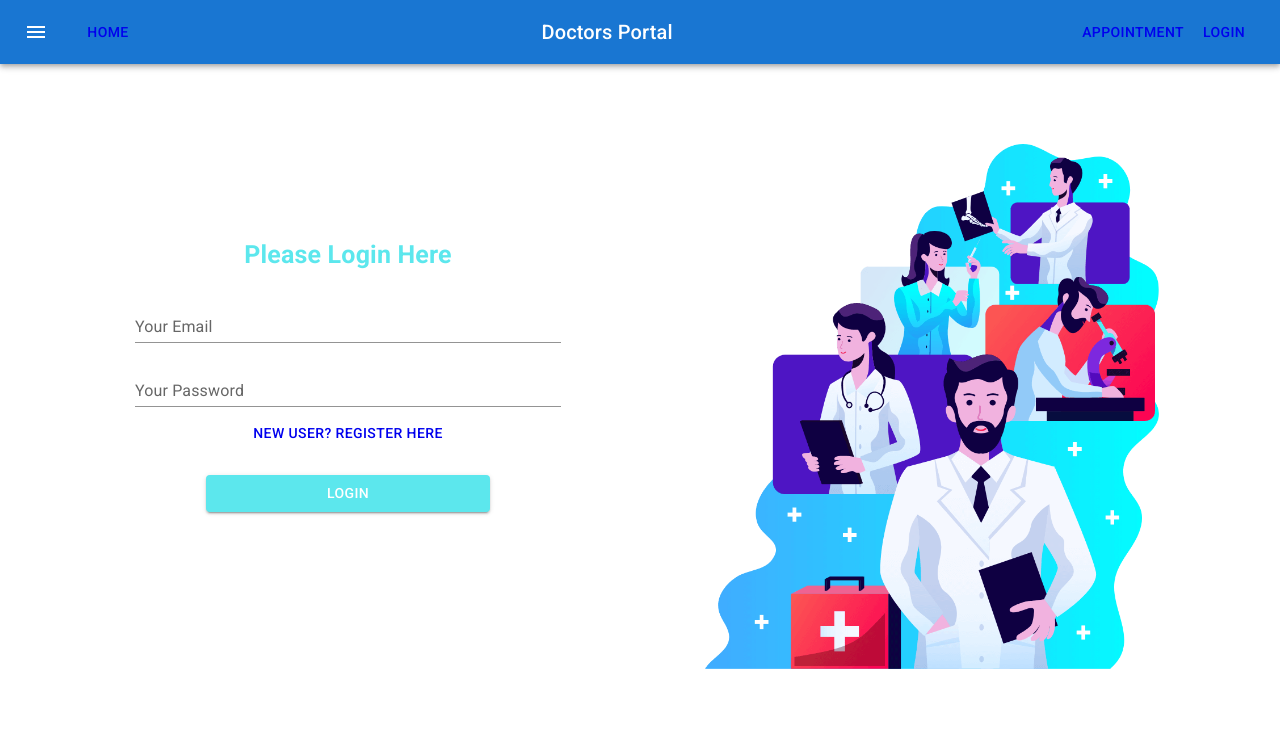
Repository: Sharif-00112/doctors-portal-client
Page: /login
The author's editor kept a copy of each file at every save. The page is drawn from the files as they stood at one save, then again after the next save.
The browser window is 1280 px wide. The pictures show the whole page.
The project was rebuilt for these pictures with package versions that can differ from the ones it lists, and the page was loaded fresh each time. Also part of the build but not shown: src/Pages/Shared/Footer/Footer.js, src/Pages/Home/AppointmentBanner/AppointmentBanner.js, src/Pages/Home/Banner/Banner.js, src/Pages/Home/Contact/Contact.js, src/Pages/Home/Service/Service.js, src/Pages/Home/Services/Services.js, src/Pages/Home/Story/Story.js, src/Pages/Home/Home/Home.js and 7 more.

Above is the page before, as saved 2022-11-06 22:23:37.

### public/index.html
<!DOCTYPE html>
<html lang="en">
  <head>
    <meta charset="utf-8" />
    <link rel="icon" href="%PUBLIC_URL%/favicon.ico" />
    <meta name="viewport" content="width=device-width, initial-scale=1" />
    <meta name="theme-color" content="#000000" />
    <meta
      name="description"
      content="Web site created using create-react-app"
    />
    <link
      rel="stylesheet" href="https://fonts.googleapis.com/css?family=Roboto:300,400,500,700&display=swap"
    />

    <link rel="apple-touch-icon" href="%PUBLIC_URL%/logo192.png" />
    <!--
      manifest.json provides metadata used when your web app is installed on a
      user's mobile device or desktop. See https://developers.google.com/web/fundamentals/web-app-manifest/
    -->
    <link rel="manifest" href="%PUBLIC_URL%/manifest.json" />
    <!--
      Notice the use of %PUBLIC_URL% in the tags above.
      It will be replaced with the URL of the `public` folder during the build.
      Only files inside the `public` folder can be referenced from the HTML.

      Unlike "/favicon.ico" or "favicon.ico", "%PUBLIC_URL%/favicon.ico" will
      work correctly both with client-side routing and a non-root public URL.
      Learn how to configure a non-root public URL by running `npm run build`.
    -->
    <title>React App</title>
  </head>
  <body>
    <noscript>You need to enable JavaScript to run this app.</noscript>
    <div id="root"></div>
    <!--
      This HTML file is a template.
      If you open it directly in the browser, you will see an empty page.

      You can add webfonts, meta tags, or analytics to this file.
      The build step will place the bundled scripts into the <body> tag.

      To begin the development, run `npm start` or `yarn start`.
      To create a production bundle, use `npm run build` or `yarn build`.
    -->
  </body>
</html>

### src/App.js
import './App.css';
import { BrowserRouter as Router, Route, Routes} from 'react-router-dom';
import Home from './Pages/Home/Home/Home';
import Appointment from './Pages/Appointment/Appointment/Appointment';
import Login from './Pages/Login/Login/Login';
import Register from './Pages/Login/Register/Register';

function App() {
  return (
    <div className="App">
      <Router>
        {/* <Header></Header> */}
        <Routes>
          <Route exact path = '/' element={<Home/>}/>
          <Route exact path = '/home' element={<Home/>}/>
          <Route exact path = '/login' element={<Login/>}/>
          <Route exact path = '/register' element={<Register/>}/>
          <Route exact path = '/appointment' element={<Appointment/>}/>
          <Route exact path = '*' element={<Home/>}/>
        </Routes>
        {/* <Footer></Footer> */}
      </Router>
    </div>
  );
}

export default App;

### src/Pages/Login/Login/Login.js
import React, { useState } from 'react';
import Box from '@mui/material/Box';
import Grid from '@mui/material/Unstable_Grid2';
import { Button, Container } from '@mui/material';
import Typography from '@mui/material/Typography';
import loginImg from '../../../images/images/login.png'
import TextField from '@mui/material/TextField';
import Navigation from '../../Shared/Navigation/Navigation';
import { NavLink } from 'react-router-dom';

const Login = () => {
    const [loginData, setLoginData] = useState({})

    const handleOnChange = e =>{
        const field = e.target.name;
        const value = e.target.value;
        // console.log(field, value);
        const newLoginData = { ...loginData };
        newLoginData[field] = value;
        setLoginData(newLoginData);
    }

    const handleLoginSubmit = e => {
        e.preventDefault();
        alert('Login Clicked!');
    }

    return (
        <div className="">
            <Navigation></Navigation>
            <Container sx={{ my:8 }}>
                <Box sx={{ flexGrow: 1 }}>
                    <Grid container spacing={2}>
                        <Grid sx={{ mt:10 }} xs={12} md={6}>
                            <Typography sx={{ my:2, fontSize: 25, fontWeight: 600 }} style={{color: '#5CE7ED'}} variant="h4" component="div">
                                Please Login Here
                            </Typography>
                            <form onSubmit={ handleLoginSubmit }>
                                <TextField
                                    sx={{ width:'75%', m:1 }}
                                    id="standard-basic"
                                    name='email'
                                    onChange={handleOnChange}
                                    label="Your Email"
                                    variant="standard" />
                                <br />
                                <TextField
                                    sx={{ width:'75%', m:1 }}
                                    id="standard-basic"
                                    name='password'
                                    onChange={handleOnChange}
                                    label="Your Password"
                                    type="password"
                                    variant="standard" />
                                <br />
                                <NavLink to = '/register'>
                                    <Button color="inherit">New user? Register here</Button>
                                </NavLink>
                                <br />
                                <Button type='submit' sx={{ width:'50%',m:3 }} variant="contained" style={{backgroundColor: '#5CE7ED'}}>Login</Button>
                            </form>

                        </Grid>
                        <Grid xs={12} md={6}>
                            <img style={{ width:'80%' }} src={loginImg} alt="" />
                        </Grid>
                    </Grid>
                </Box>
            </Container>
        </div>
    );
};

export default Login;

### src/Pages/Shared/Navigation/Navigation.js
import React from 'react';
import AppBar from '@mui/material/AppBar';
import Box from '@mui/material/Box';
import Toolbar from '@mui/material/Toolbar';
import Typography from '@mui/material/Typography';
import Button from '@mui/material/Button';
import IconButton from '@mui/material/IconButton';
import MenuIcon from '@mui/icons-material/Menu';
import { Link, NavLink } from 'react-router-dom';

const Navigation = () => {
    return (
        <div>
            <Box sx={{ flexGrow: 1, pb:2 }}>
                <AppBar position="static">
                    <Toolbar>
                        <IconButton
                            size="large"
                            edge="start"
                            color="inherit"
                            aria-label="menu"
                            sx={{ mr: 2 }}
                        >
                            <MenuIcon />
                        </IconButton>
                        <Link to = '/home'>
                            <Button color="inherit">Home</Button>
                        </Link>
                        <Typography variant="h6" component="div" sx={{ flexGrow: 1 }}>
                            Doctors Portal
                        </Typography>
                        <Link to = '/appointment'>
                            <Button color="inherit">Appointment</Button>
                        </Link>
                        <NavLink to = '/login'>
                            <Button color="inherit">Login</Button>
                        </NavLink>
                        {/* <Button color="inherit">Login</Button> */}
                    </Toolbar>
                </AppBar>
            </Box>
        </div>
    );
};

export default Navigation;

Loaded but not shown: src/index.js (common file); src/index.css (common file); src/reportWebVitals.js (common file); src/App.css (common file)

After the next save:
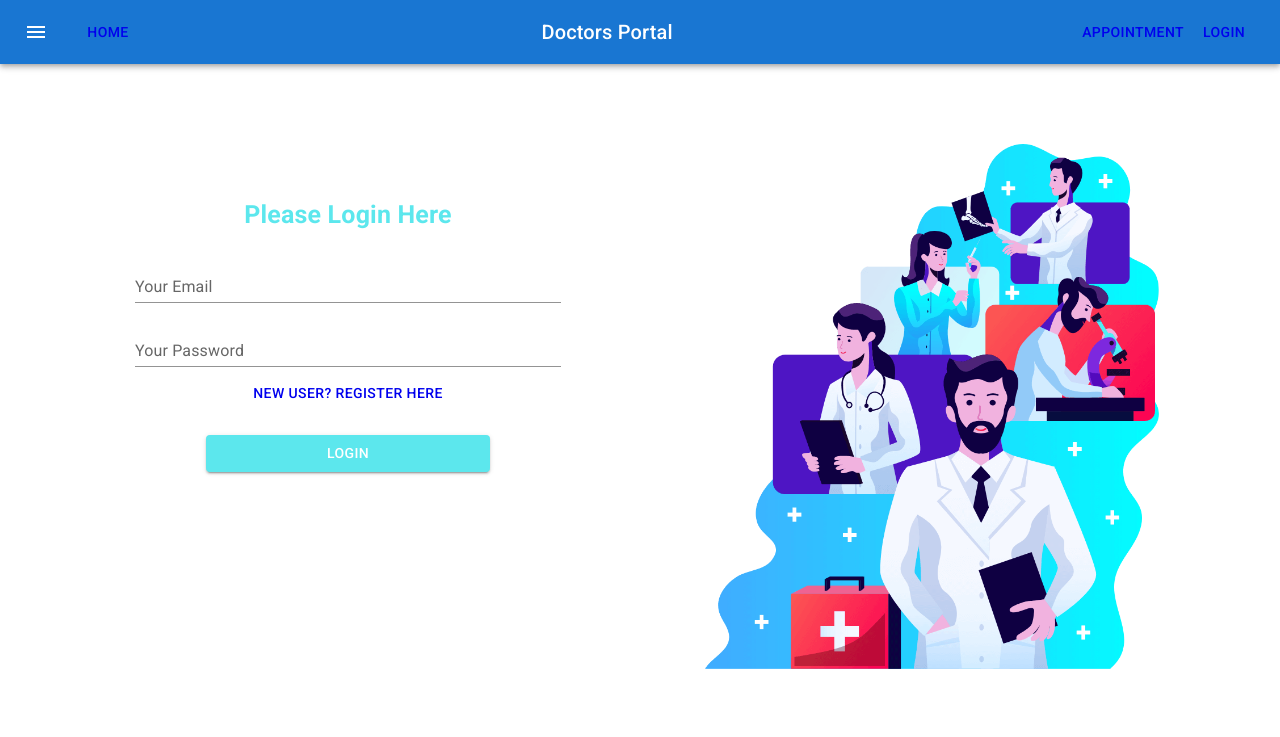
Saved 2 min 40 s later.
--- a/src/Pages/Login/Login/Login.js
+++ b/src/Pages/Login/Login/Login.js
@@ -31,7 +31,7 @@ const Login = () => {
             <Container sx={{ my:8 }}>
                 <Box sx={{ flexGrow: 1 }}>
                     <Grid container spacing={2}>
-                        <Grid sx={{ mt:10 }} xs={12} md={6}>
+                        <Grid sx={{ mt:5 }} xs={12} md={6}>
                             <Typography sx={{ my:2, fontSize: 25, fontWeight: 600 }} style={{color: '#5CE7ED'}} variant="h4" component="div">
                                 Please Login Here
                             </Typography>
